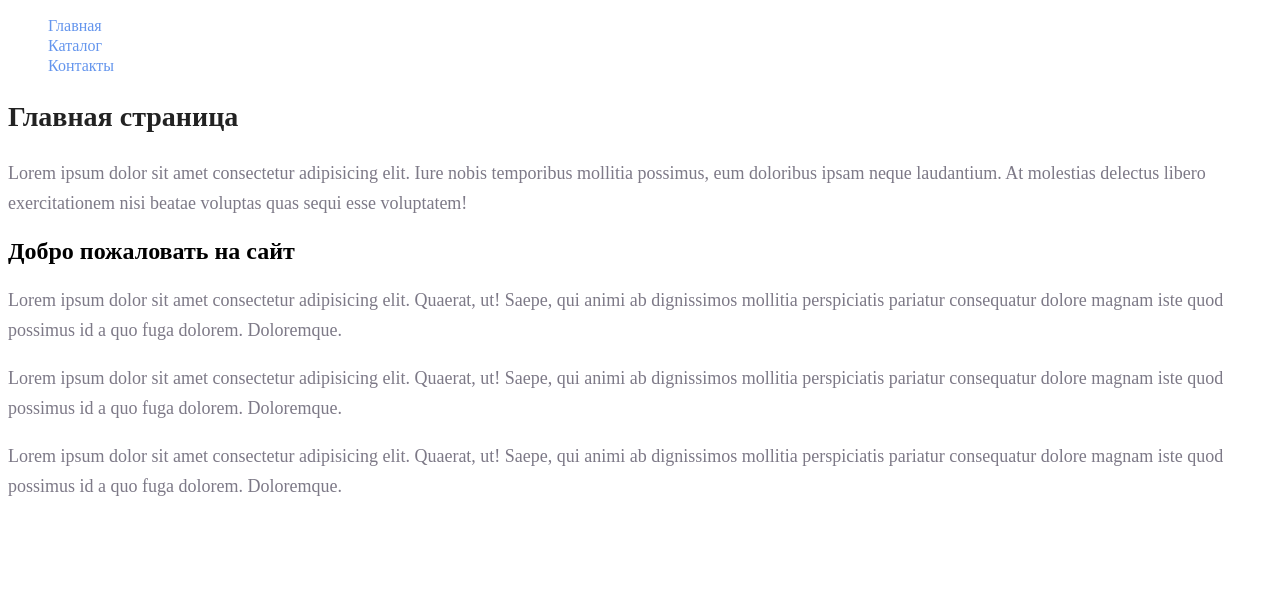
Repository: Alekseiy1980/Catalog
Page: index.html
An editor plug-in stored every save of this project. The page is shown before and after the next save, followed by the edit.
The browser window is 1280 px wide. The pictures show the whole page.

Above is the page before, as saved 2024-01-13 16:51:53.

After the next save:
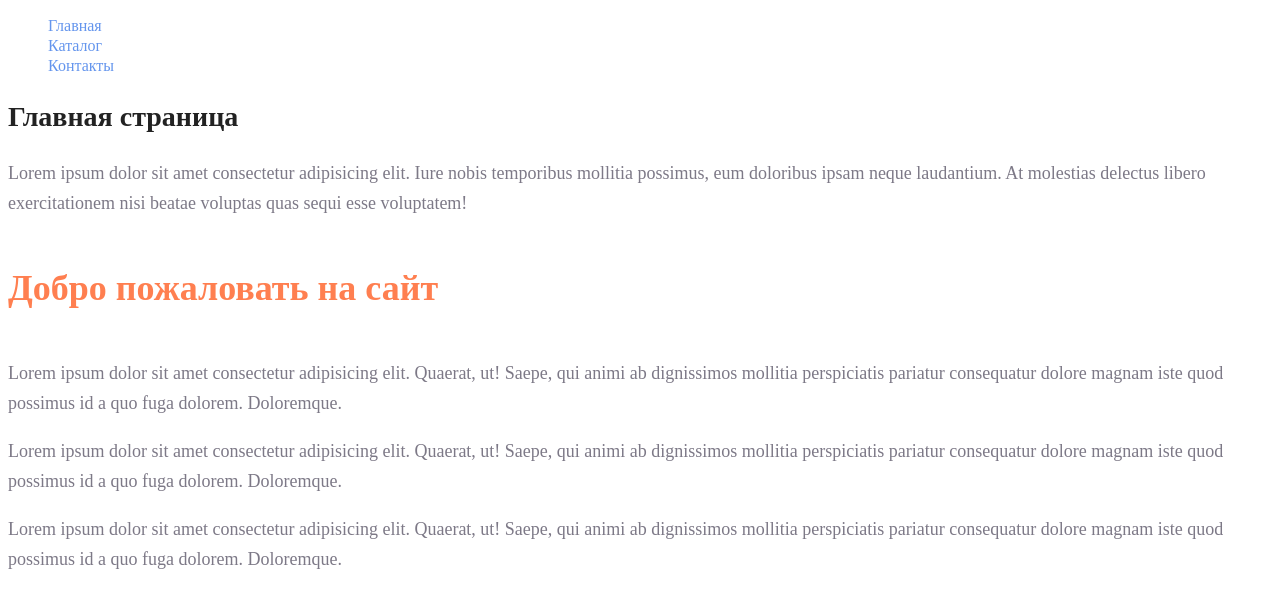
Saved 45 s later.
--- a/css/style.css
+++ b/css/style.css
@@ -32,5 +32,10 @@
 }
 
 .article_title{
+    color: coral;
+    font-style: normal;
+    font-weight: 700;
+    font-size: 36px;
+	line-height: 80px;
 
 }
